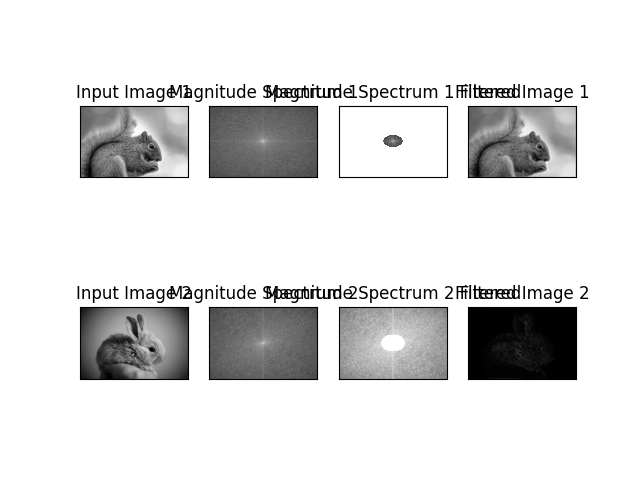
Repository: Yuer-yuan/CV
Script's output: python lab1-hybrid-image/gui/fft.py
An editor plug-in stored every save of this project. The script's output is shown before and after the next save, followed by the edit.
Each picture stacks the figures in order, with grey between them; figures that are only written to a file come last. Random numbers start from a fixed seed. It also reads lab1-hybrid-image/gui/res/bunny1.png, lab1-hybrid-image/gui/res/squirrel1.png.

Above is the script's output before, as saved 2023-03-25 19:23:28.

### lab1-hybrid-image/gui/fft.py
import cv2
import numpy as np
from matplotlib import pyplot as plt

pairs = [
    ('res/squirrel1.png', 'res/bunny1.png'),
    ('res/cat.jpg', 'res/dog.jpg'),
    ('res/donkey1.png', 'res/zebra1.png'),
]
pair_idx = 0

ksize1, sigma1, ksize2, sigma2 = 39, 11, 21, 5


def ideal_filter(shape, cutoff, lowpass=True):
    """Create an ideal lowpass filter.

    Args:
        shape (tuple): Shape of the filter.
        cutoff (float): Cutoff frequency.

    Returns:
        np.ndarray: The ideal lowpass filter.
    """

    # Create a meshgrid with coordinates ranging from -0.5 to 0.5 in both
    # dimensions.
    x = np.linspace(-0.5, 0.5, shape[1])
    y = np.linspace(-0.5, 0.5, shape[0])
    x, y = np.meshgrid(x, y)

    # Compute the euclidean distance from the origin of each pixel.
    d = np.sqrt(x**2 + y**2)

    # Create the filter.
    filter = np.ones(shape)
    if lowpass:
        filter[d > cutoff] = 0
    else:
        filter[d < cutoff] = 0
    return filter


if __name__ == '__main__':
    img1 = cv2.imread(pairs[pair_idx][0], 0)
    img2 = cv2.imread(pairs[pair_idx][1], 0)

    # Compute the FFT of the images.
    fft1 = np.fft.fft2(img1)
    fft2 = np.fft.fft2(img2)

    # Shift the zero-frequency component to the center of the spectrum.
    fftshift1 = np.fft.fftshift(fft1)
    fftshift2 = np.fft.fftshift(fft2)

    # Compute the magnitude spectrum of the images.
    magnitude_spectrum1 = 20*np.log(np.abs(fftshift1))
    magnitude_spectrum2 = 20*np.log(np.abs(fftshift2))

    # Create the ideal lowpass filter.
    filter1 = ideal_filter(img1.shape, 0.1, lowpass=True)
    filter2 = ideal_filter(img2.shape, 0.1, lowpass=False)

    # Apply the filter to the FFTs.
    fftshift1_filtered = fftshift1 * filter1
    fftshift2_filtered = fftshift2 * filter2

    # Compute the inverse FFTs.
    ifftshift1 = np.fft.ifftshift(fftshift1_filtered)
    ifftshift2 = np.fft.ifftshift(fftshift2_filtered)
    ifft1 = np.fft.ifft2(ifftshift1)
    ifft2 = np.fft.ifft2(ifftshift2)

    # Compute the magnitude spectrum of the filtered images.
    magnitude_spectrum1_filtered = 20*np.log(np.abs(fftshift1_filtered))
    magnitude_spectrum2_filtered = 20*np.log(np.abs(fftshift2_filtered))

    # Plot the results.
    plt.subplot(241),plt.imshow(img1, cmap = 'gray')
    plt.title('Input Image 1'), plt.xticks([]), plt.yticks([])
    plt.subplot(242),plt.imshow(magnitude_spectrum1, cmap = 'gray')
    plt.title('Magnitude Spectrum 1'), plt.xticks([]), plt.yticks([])
    plt.subplot(243),plt.imshow(magnitude_spectrum1_filtered, cmap = 'gray')
    plt.title('Magnitude Spectrum 1 Filtered'), plt.xticks([]), plt.yticks([])
    plt.subplot(244),plt.imshow(np.abs(ifft1), cmap = 'gray')
    plt.title('Filtered Image 1'), plt.xticks([]), plt.yticks([])
    plt.subplot(245),plt.imshow(img2, cmap = 'gray')
    plt.title('Input Image 2'), plt.xticks([]), plt.yticks([])
    plt.subplot(246),plt.imshow(magnitude_spectrum2, cmap = 'gray')
    plt.title('Magnitude Spectrum 2'), plt.xticks([]), plt.yticks([])
    plt.subplot(247),plt.imshow(magnitude_spectrum2_filtered, cmap = 'gray')
    plt.title('Magnitude Spectrum 2 Filtered'), plt.xticks([]), plt.yticks([])
    plt.subplot(248),plt.imshow(np.abs(ifft2), cmap = 'gray')
    plt.title('Filtered Image 2'), plt.xticks([]), plt.yticks([])
    plt.show()

After the next save:
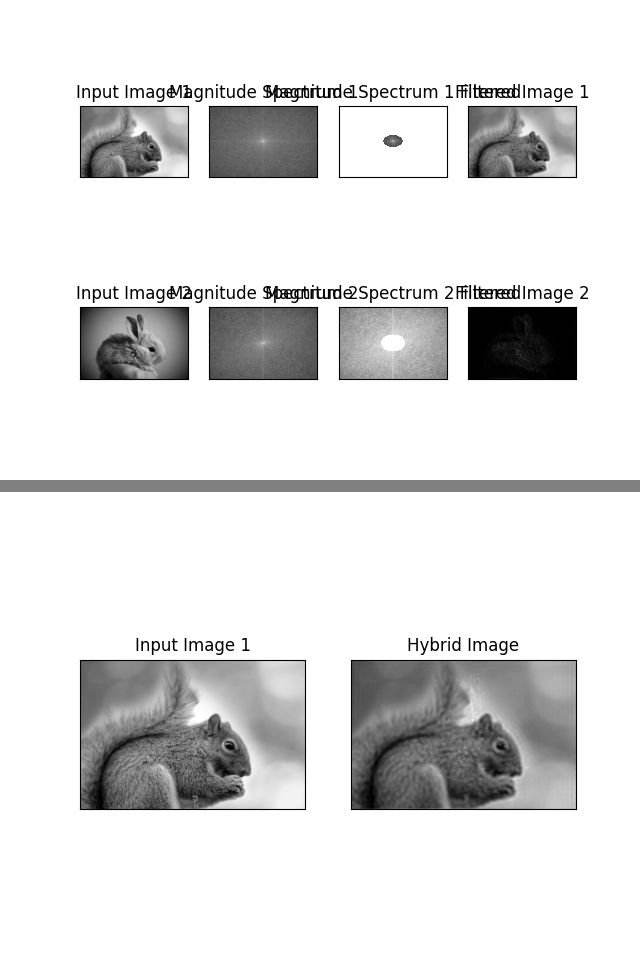
Saved 84 s later.
--- a/lab1-hybrid-image/gui/fft.py
+++ b/lab1-hybrid-image/gui/fft.py
@@ -75,6 +75,9 @@ if __name__ == '__main__':
     magnitude_spectrum1_filtered = 20*np.log(np.abs(fftshift1_filtered))
     magnitude_spectrum2_filtered = 20*np.log(np.abs(fftshift2_filtered))
 
+    # hybrid
+    hybrid = np.abs(ifft1) + np.abs(ifft2)
+
     # Plot the results.
     plt.subplot(241),plt.imshow(img1, cmap = 'gray')
     plt.title('Input Image 1'), plt.xticks([]), plt.yticks([])
@@ -93,3 +96,9 @@ if __name__ == '__main__':
     plt.subplot(248),plt.imshow(np.abs(ifft2), cmap = 'gray')
     plt.title('Filtered Image 2'), plt.xticks([]), plt.yticks([])
     plt.show()
+
+    plt.subplot(121),plt.imshow(img1, cmap = 'gray')
+    plt.title('Input Image 1'), plt.xticks([]), plt.yticks([])
+    plt.subplot(122),plt.imshow(hybrid, cmap = 'gray')
+    plt.title('Hybrid Image'), plt.xticks([]), plt.yticks([])
+    plt.show()
